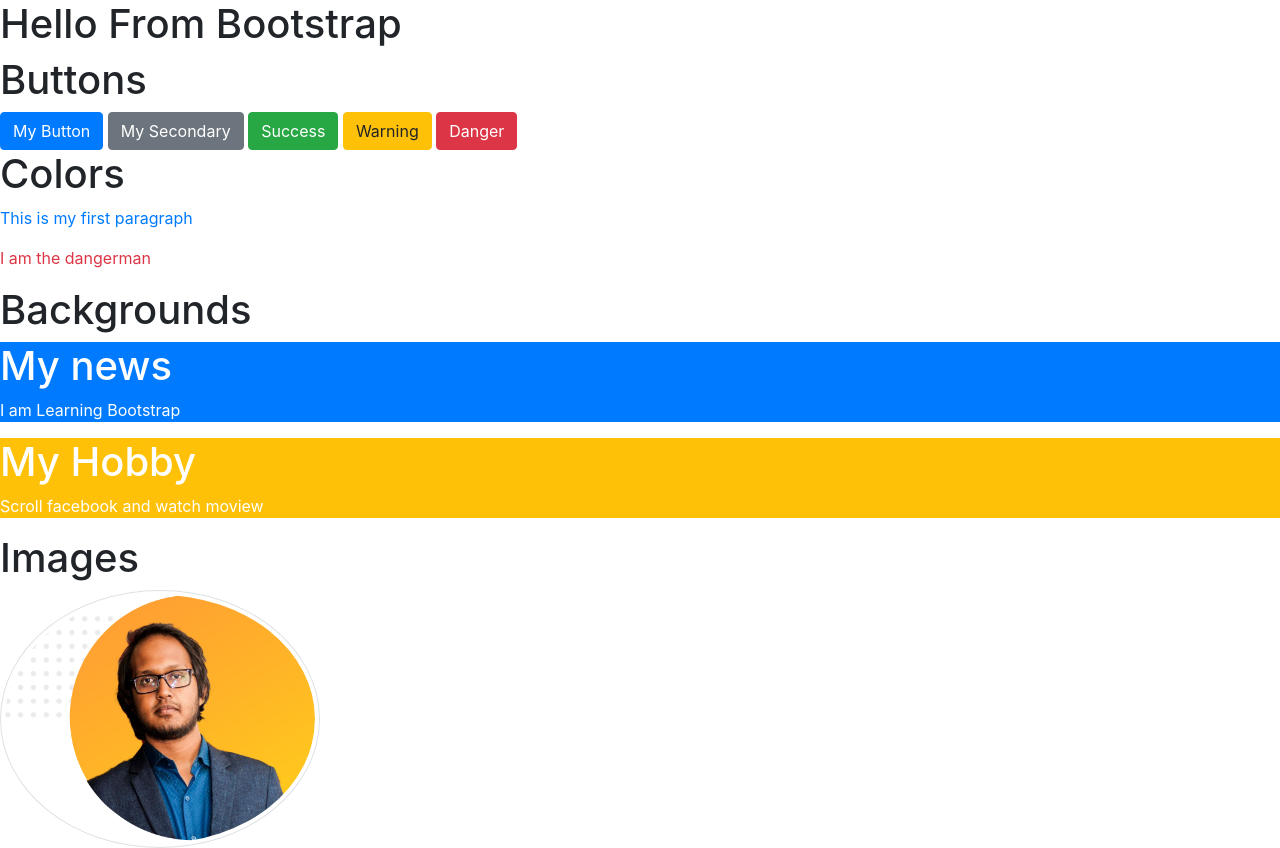
Repository: mohsinfarabi/bootstrap-practice
Page: index.html
The author's editor kept a copy of each file at every save. The page is drawn from the files as they stood at one save, then again after the next save.
The browser window is 1280 px wide. The pictures show the whole page.

Above is the page before, as saved 2020-07-06 03:01:14.

After the next save:
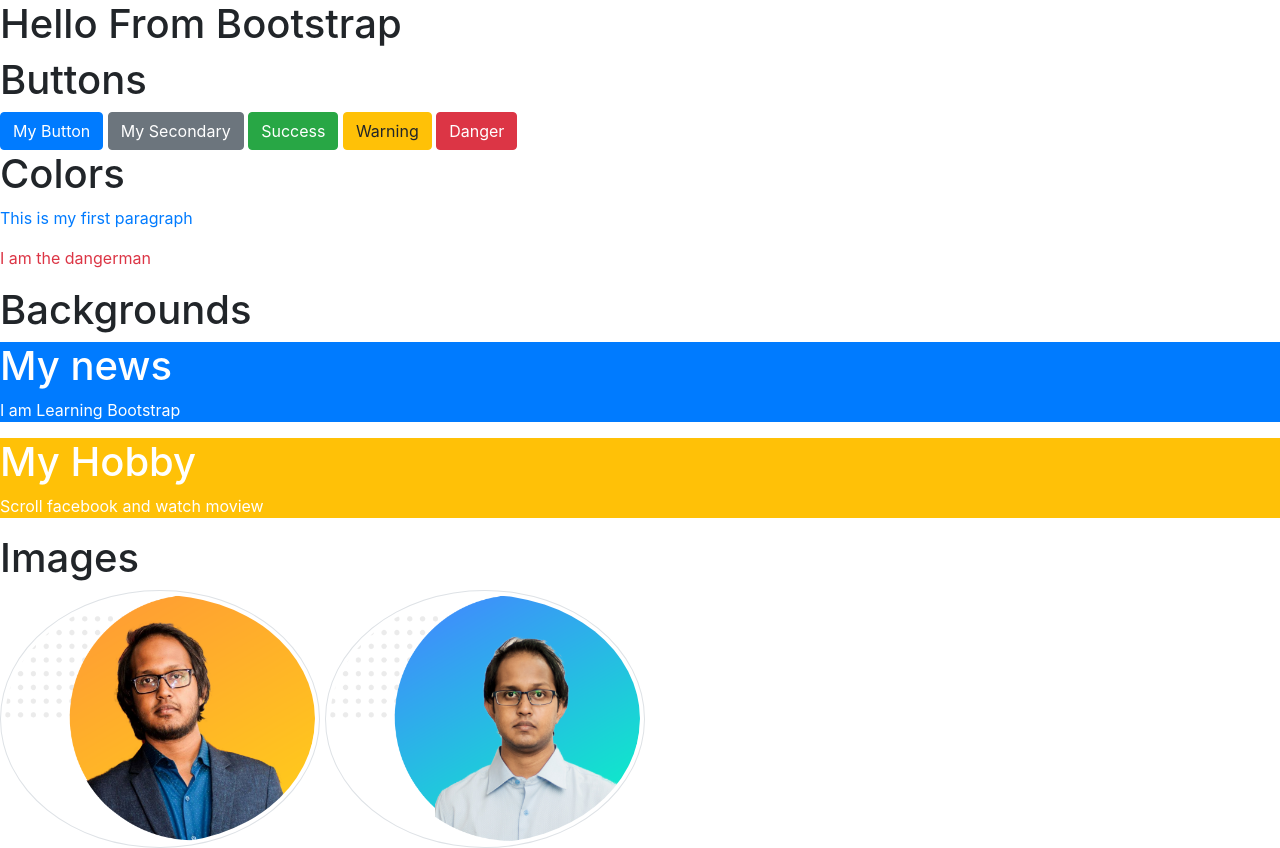
Saved 2 min 35 s later.
--- a/index.html
+++ b/index.html
@@ -33,6 +33,7 @@
 
     <h1>Images</h1>
     <img src="images/profile1.png" class="img-fluid w-25 rounded-circle img-thumbnail" alt="">
+    <img src="images/profile2.png" class="img-fluid w-25 rounded-circle img-thumbnail" alt="">
 </body>
 
 </html>
